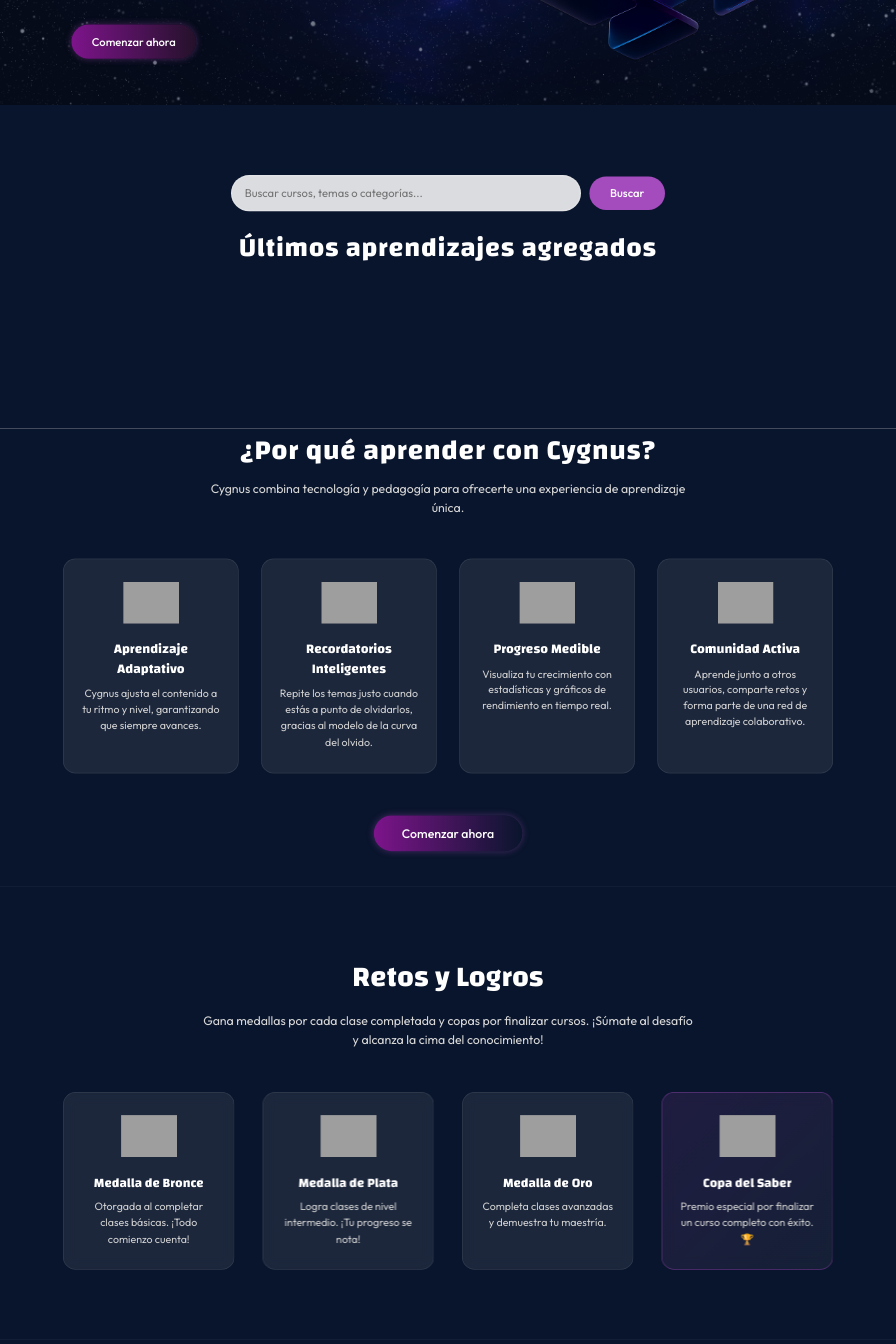
Repository: Anndrea1707/Cygnus
Page: / (app in frontend/)
These files come from the project's save history. The page is drawn as it stood at one moment and after a run of saves; the edit follows.
The browser window is 1280 px wide. The pictures show the part of the page from y = 570 to 2490 px (the page is 3306 px tall before and 3254 px after), at 70% of full size.
Pictures or frames that could not be fetched are drawn as grey boxes. The page's requests for data from a server got no answer. The project was rebuilt for these pictures with package versions that can differ from the ones it lists, and the page was loaded fresh each time. No one was signed in, and anything a server would have sent is missing. Also part of the build but not shown: frontend/vite.config.js, frontend/src/pages/Login.css, frontend/src/pages/Login.jsx, frontend/src/pages/Registro.css, frontend/src/pages/Registro.jsx, frontend/src/pages/SobreNosotros.jsx, frontend/src/pages/Ayuda.jsx, frontend/src/pages/Dashboard.css and 37 more.

Above is the page before, as saved 2025-11-25 10:39:03.

### frontend/src/pages/Home.jsx
import React, { useState, useEffect } from 'react';
import './Home.css';
import cube from '../imagenes/CuboPrincipal.png';
import logo from '../imagenes/logo.png';
import NavbarPrincipal from '../components/NavbarPrincipal';
import Footer from '../components/Footer';


export default function Home({ currentPage, onLoginClick, onNavigate }) {
  const [index, setIndex] = useState(0);
  const [testimonialIndex, setTestimonialIndex] = useState(0);
  const [showScroll, setShowScroll] = useState(false);

  const [cursos, setCursos] = useState([]);
  const [cursosFiltrados, setCursosFiltrados] = useState([]);

  const nextSlide = () => {
    setIndex((prev) => (prev + 1) % cursos.length);
  };

  const prevSlide = () => {
    setIndex((prev) => (prev - 1 + cursos.length) % cursos.length);
  };

  // Mostrar 3 cursos de forma circular
  const visibleCursos = [
    cursos[index],
    cursos[(index + 1) % cursos.length],
    cursos[(index + 2) % cursos.length],
  ];

  // === Lógica carrusel automático de testimonios ===
  const testimonios = [
    {
      nombre: "Laura González",
      texto:
        "Cygnus me ayudó a aprender a mi propio ritmo. Siento que por fin tengo una plataforma que se adapta a mí y no al revés.",
      foto: "https://images.pexels.com/photos/774909/pexels-photo-774909.jpeg?auto=compress&cs=tinysrgb&dpr=1&w=500",
    },
    {
      nombre: "Andrés Ramírez",
      texto:
        "Los cursos son dinámicos y los recordatorios me mantienen enfocado. He mejorado muchísimo en poco tiempo.",
      foto: "https://images.unsplash.com/photo-1564564321837-a57b7070ac4f?ixlib=rb-4.1.0&fm=jpg&q=60&w=3000",
    },
    {
      nombre: "Camila Torres",
      texto:
        "El sistema adaptativo de Cygnus es impresionante. Se nota que realmente entiende mis avances y me reta cuando es necesario.",
      foto: "https://i.pinimg.com/1200x/b0/4b/14/b04b142f608f52c511720a04999e92f0.jpg",
    },
  ];

  useEffect(() => {
    const interval = setInterval(() => {
      setTestimonialIndex((prev) => (prev + 1) % testimonios.length);
    }, 30000); // cambia cada 30 segundos
    return () => clearInterval(interval);
  }, [testimonios.length]);

  // === Mostrar u ocultar botón "volver arriba" ===
  useEffect(() => {
    const handleScroll = () => {
      setShowScroll(window.scrollY > 500);
    };
    window.addEventListener("scroll", handleScroll);
    return () => window.removeEventListener("scroll", handleScroll);
  }, []);

  useEffect(() => {
    const cargarCursos = async () => {
      try {
        const response = await fetch("http://localhost:4000/api/cursos/ultimos");
        const data = await response.json();

        if (data.ok) {
          setCursos(data.cursos);
          setCursosFiltrados(data.cursos);
        }
      } catch (error) {
        console.error("Error cargando cursos:", error);
      }
    };

    cargarCursos();
  }, []);


  return (
    <div>
      {/* ===== SECCIÓN HERO PRINCIPAL ===== */}
      <section className="home-container" id="inicio">
        <NavbarPrincipal
          currentPage={currentPage}
          onLoginClick={onLoginClick}
          onNavigate={onNavigate}
        />
        <div className="hero">
          <div className="hero-text">
            <h1>Aprendizaje adaptativo a tu medida.</h1>
            <p>
              Cygnus ajusta los contenidos según tu forma de aprender, potenciando tu autonomía y tus resultados.
            </p>
            <button className="btn-primaryHome">Comenzar ahora</button>
          </div>

          <div className="hero-image">
            <img src={cube} alt="Cubo Cygnus" />
          </div>
        </div>
      </section>

      {/* ===== SECCIÓN DE BUSCADOR ===== */}
      <section className="search-section">
        <div className="search-bar">
          <input
            type="text"
            placeholder="Buscar cursos, temas o categorías..."
            onChange={(e) => {
              const texto = e.target.value.toLowerCase();
              const filtrados = cursos.filter(curso =>
                curso.titulo.toLowerCase().includes(texto) ||
                curso.descripcion.toLowerCase().includes(texto)
              );
              setCursosFiltrados(filtrados);
            }}
          />
          <button>Buscar</button>
        </div>
        <br />
        <h2>Últimos aprendizajes agregados</h2>

        {/* ===== CARRUSEL ===== */}
        <div className="carousel-container">
          <div className="carousel">
            {cursosFiltrados.slice(0, 3).map((curso, i) => (
              <div key={i} className="course-card">
                <img src={curso.imagen} alt={curso.nombre} />
                <div className="course-info">
                  <h3>{curso.nombre}</h3>

                  {/* Nivel */}
                  <span className="course-level">{curso.nivel}</span>

                  {/* Descripción truncada */}
                  <p className="course-description">{curso.descripcion}</p>
                </div>
              </div>
            ))}
          </div>
        </div>
      </section>

      {/* ===== SECCIÓN DE VENTAJAS ===== */}
      <section className="features-section">
        <h2>¿Por qué aprender con Cygnus?</h2>
        <p className="features-subtitle">
          Cygnus combina tecnología y pedagogía para ofrecerte una experiencia de aprendizaje única.
        </p>

        <div className="features-grid">
          <div className="feature-card">
            <img src="https://cdn-icons-png.flaticon.com/128/2586/2586656.png" alt="Aprendizaje adaptativo" className="feature-icon" />
            <h3>Aprendizaje Adaptativo</h3>
            <p>Cygnus ajusta el contenido a tu ritmo y nivel, garantizando que siempre avances.</p>
          </div>

          <div className="feature-card">
            <img src="https://cdn-icons-png.flaticon.com/128/1792/1792929.png" alt="Recordatorios" className="feature-icon" />
            <h3>Recordatorios Inteligentes</h3>
            <p>Repite los temas justo cuando estás a punto de olvidarlos, gracias al modelo de la curva del olvido.</p>
          </div>

          <div className="feature-card">
            <img src="https://cdn-icons-png.flaticon.com/128/1067/1067357.png" alt="Progreso" className="feature-icon" />
            <h3>Progreso Medible</h3>
            <p>Visualiza tu crecimiento con estadísticas y gráficos de rendimiento en tiempo real.</p>
          </div>

          <div className="feature-card">
            <img src="https://cdn-icons-png.flaticon.com/128/3100/3100357.png" alt="Comunidad" className="feature-icon" />
            <h3>Comunidad Activa</h3>
            <p>Aprende junto a otros usuarios, comparte retos y forma parte de una red de aprendizaje colaborativo.</p>
          </div>
        </div>

        <div className="features-button">
          <button className="btn-start">Comenzar ahora</button>
        </div>
      </section>

      {/* ===== SECCIÓN DE RETOS Y LOGROS ===== */}
      <section className="achievements-section" id="retos">
        <div className="achievements-content">
          <div className="achievements-header">
            <i className="fas fa-rocket achievements-icon"></i>
            <h2>Retos y Logros</h2>
            <p>
              Gana medallas por cada clase completada y copas por finalizar cursos.
              ¡Súmate al desafío y alcanza la cima del conocimiento!
            </p>
          </div>

          <div className="achievements-grid">
            <div className="achievement-card">
              <img src="https://cdn-icons-png.flaticon.com/128/10393/10393612.png" alt="Medalla Bronce" />
              <h3>Medalla de Bronce</h3>
              <p>Otorgada al completar clases básicas. ¡Todo comienzo cuenta!</p>
            </div>

            <div className="achievement-card">
              <img src="https://cdn-icons-png.flaticon.com/128/10393/10393610.png" alt="Medalla Plata" />
              <h3>Medalla de Plata</h3>
              <p>Logra clases de nivel intermedio. ¡Tu progreso se nota!</p>
            </div>

            <div className="achievement-card">
              <img src="https://cdn-icons-png.flaticon.com/128/10393/10393609.png" alt="Medalla Oro" />
              <h3>Medalla de Oro</h3>
              <p>Completa clases avanzadas y demuestra tu maestría.</p>
            </div>

            <div className="achievement-card special">
              <img src="https://cdn-icons-png.flaticon.com/128/11173/11173370.png" alt="Copa del Saber" />
              <h3>Copa del Saber</h3>
              <p>Premio especial por finalizar un curso completo con éxito. 🏆</p>
            </div>
          </div>
        </div>
      </section>

      {/* ===== SECCIÓN DE TESTIMONIOS ===== */}
      <section className="testimonials-section">
        <h2>Lo que dicen nuestros usuarios</h2>
        <div className="testimonial-carousel">
          {testimonios.map((t, i) => (
            <div
              key={i}
              className={`testimonial ${i === testimonialIndex ? 'active' : 'hidden'}`}
            >
              <img src={t.foto} alt={t.nombre} className="testimonial-avatar" />
              <h3>{t.nombre}</h3>
              <p>“{t.texto}”</p>
            </div>
          ))}
        </div>
      </section>

      {/* ===== BOTÓN VOLVER ARRIBA ===== */}
      <button
        className={`scroll-top-btn ${showScroll ? 'visible' : ''}`}
        onClick={() => window.scrollTo({ top: 0, behavior: 'smooth' })}
      >
        <img
          src="https://cdn-icons-png.flaticon.com/128/7709/7709175.png"
          alt="Volver arriba"
          className="scroll-icon"
        />
      </button>


      {/* ===== FOOTER / FRONTING ===== */}
      <Footer />
    </div>
  );
}

### frontend/src/components/Footer.jsx
// src/components/Footer.jsx
import React from 'react';
import './Footer.css';

export default function Footer() {
  return (
    <footer className="footer">
      <div className="footer-content">
        <p>Desarrollado por <strong>Melissa Hernández & Ángel Hernández</strong></p>
        <p>Unidades Tecnológicas de Santander - UTS</p>
        <p>Bucaramanga, Santander</p>
      </div>
      <div className="footer-line"></div>
      <p className="footer-rights">© 2025 Cygnus. Todos los derechos reservados.</p>
    </footer>
  );
}

### frontend/src/pages/SobreNosotros.css
/* 🎨 PALETA DE COLORES */
:root {
    --color-lavandaClaro: #d163f2;
    /* Lavanda claro */
    --color-primary: #a44bbe;
    /* Lavanda */
    --color-primary-dark: #7d148b;
    /* Lavanda oscuro */
    --color-dark: #09152c;
    /* Azul oscuro */
    --color-dark-overlay: rgba(9, 21, 44, 0.566);
    --color-dark-transparent: rgba(9, 21, 44, 0.808);
    --color-light: #ffffff;
    /* Blanco puro */
    --color-light-transparent: rgba(255, 255, 255, 0.85);
    --color-light-text: #d8d8d8;
    --color-muted: #ddd;
    --color-glass: rgba(255, 255, 255, 0.08);
    --color-border-glass: rgba(255, 255, 255, 0.1);
    --color-hover-shadow: rgba(164, 75, 190, 0.5);
    --color-subtext: #cfcfcf;
}

.about-section {
    background-color: var(--color-dark);
    color: var(--color-light);
    text-align: center;
    padding: 100px 20px;
    font-family: 'Outfit', sans-serif;
    position: relative;
    overflow: visible; /* ✅ para que los destellos se vean */
}

.about-section h2 {
    font-family: 'Changa', sans-serif;
    font-size: 2rem;
    margin-bottom: 10px;
}

.about-intro {
    color: var(--color-subtext);
    font-size: 1.1rem;
    margin-bottom: 60px;
    padding: 0 50px;
}

.about-content {
    display: flex;
    justify-content: center;
    align-items: center;
}

/* ⚙️ CONTENEDOR ANIMADO */
.about-animation-container {
    position: relative;
    display: flex;
    justify-content: center;
    align-items: center;
    width: 100%;
    height: 550px;
    overflow: visible;
    transition: all 1.5s ease;
}

/* 📸 IMAGEN CENTRAL */
.about-moving-image {
    width: 420px;
    height: 520px;
    border-radius: 25px;
    object-fit: cover;
    box-shadow: 0 0 25px rgba(164, 75, 190, 0.3);
    transition: transform 2s ease;
    z-index: 2;
}

/* 🟣 CUADRO DE TEXTO */
.about-text-box {
    position: absolute;
    right: -100%;
    width: 45%;
    max-width: 520px;
    background: rgba(125, 20, 139, 0.6);
    color: var(--color-light);
    padding: 40px;
    border-radius: 25px;
    font-family: 'Outfit', sans-serif;
    font-size: 1rem;
    line-height: 1.6;
    box-shadow: 0 0 20px rgba(164, 75, 190, 0.3);
    transition: right 2s ease, opacity 1.5s ease;
    opacity: 0;
    z-index: 1;
}

/* 🖱️ Animación hover */
.about-animation-container:hover .about-moving-image {
    transform: translateX(-180px);
}

.about-animation-container:hover .about-text-box {
    right: 10%;
    opacity: 1;
}

/* 💡 AJUSTES RESPONSIVE para evitar solapamiento */
@media (max-width: 1400px) {
    .about-animation-container {
        height: 600px; /* más alto para que quepan mejor */
    }

    .about-text-box {
        width: 50%;
        right: -120%;
    }

    .about-animation-container:hover .about-moving-image {
        transform: translateX(-195px);
    }

    .about-animation-container:hover .about-text-box {
        right: 5%;
    }
}

@media (max-width: 1100px) {
    .about-animation-container {
        flex-direction: column;
        height: auto;
    }

    .about-moving-image {
        width: 340px;
        height: auto;
        transform: none !important;
    }

    .about-text-box {
        position: relative;
        right: auto;
        width: 80%;
        opacity: 1;
        margin-top: 30px;
        transition: none;
    }
}

/* 🚫 Evitar desplazamiento horizontal */
html,
body {
    overflow-x: hidden;
    width: 100%;
}

/* 🔧 Ajuste para que el contenedor ocupe toda la pantalla */
.about-section {
    width: 100vw;
    box-sizing: border-box;
}

/* ✨ DESTELLOS MÁGICOS */
.sparkle {
    position: absolute;
    width: 40px;
    height: 40px;
    opacity: 0.9;
    pointer-events: none;
    /* No bloquean clics */
    animation: twinkle-sparkle 3s infinite ease-in-out alternate;
    filter: drop-shadow(0 0 8px var(--color-lavandaClaro));
    z-index: 3;
    /* ✅ Asegura que estén por encima del fondo */
}

/* ✨ Posiciones visibles */
.sparkle1 {
    top: 12%;
    left: 8%;
    animation-delay: 0s;
}

.sparkle2 {
    top: 25%;
    right: 15%;
    animation-delay: 1s;
}

.sparkle3 {
    bottom: 20%;
    left: 25%;
    animation-delay: 0.5s;
}

.sparkle4 {
    bottom: 10%;
    right: 20%;
    animation-delay: 2s;
}

.sparkle5 {
    top: 55%;
    left: 75%;
    animation-delay: 1.5s;
}

/* 🌟 Efecto de brillo y movimiento */
@keyframes twinkle-sparkle {
    0% {
        transform: scale(1) rotate(0deg);
        opacity: 0.5;
        filter: drop-shadow(0 0 4px var(--color-primary));
    }

    50% {
        transform: scale(1.3) rotate(15deg);
        opacity: 1;
        filter: drop-shadow(0 0 16px var(--color-lavandaClaro));
    }

    100% {
        transform: scale(1) rotate(-15deg);
        opacity: 0.8;
        filter: drop-shadow(0 0 6px var(--color-primary-dark));
    }
}

### frontend/src/pages/Ayuda.css
.ayuda-page {
  background-color: var(--color-dark);
  color: var(--color-light);
  font-family: 'Outfit', sans-serif;
  min-height: 100vh;
  text-align: center;
}

/* --- Preguntas Frecuentes --- */
.faq-section {
  padding: 80px 20px 60px;
  background: linear-gradient(180deg, var(--color-dark) 0%, #0e1b3a 100%);
}

.faq-section h2 {
  font-family: 'Changa', sans-serif;
  color: var(--color-light);
  margin-bottom: 50px;
  font-size: 2rem;
}

.faq-grid {
  display: grid;
  grid-template-columns: repeat(auto-fit, minmax(400px, 1fr));
  gap: 25px;
  max-width: 1000px;
  margin: 0 auto;
}

.faq-item {
  background: var(--color-dark-transparent);
  border-radius: 15px;
  box-shadow: 0 0 10px rgba(164, 75, 190, 0.25);
  overflow: hidden;
  cursor: pointer;
  transition: all 0.3s ease;
  border: 1px solid transparent;
}

.faq-item:hover {
  transform: translateY(-3px);
  border-color: var(--color-lavandaClaro);
  box-shadow: 0 0 15px rgba(164, 75, 190, 0.45);
}

.faq-question {
  display: flex;
  justify-content: space-between;
  align-items: center;
  padding: 18px 24px;
}

.faq-question h3 {
  color: var(--color-primary);
  font-size: 1.05rem;
  text-align: left;
}

.icon {
  transition: transform 0.3s ease;
  color: var(--color-lavandaClaro);
}

.icon.rotate {
  transform: rotate(180deg);
}

.faq-answer {
  overflow: hidden;
  transition: max-height 0.4s ease;
  text-align: left;
  padding: 0 24px;
}

.faq-answer p {
  margin: 15px 0 20px;
  line-height: 1.6;
  color: var(--color-light);
  opacity: 0.9;
}

/* --- FORMULARIO PQRS --- */
.pqrs-section {
  background: var(--color-darl-overlay);
  padding: 80px 20px 120px;
  display: flex;
  flex-direction: column;
  align-items: center;
}

.pqrs-section h2 {
  color: var(--color-light);
  font-family: 'Changa', sans-serif;
  margin-bottom: 35px;
}

.pqrs-form {
  background: rgba(10, 10, 40, 0.6);
  border: 1px solid rgba(164, 75, 190, 0.3);
  box-shadow: 0 0 25px rgba(164, 75, 190, 0.2);
  border-radius: 20px;
  padding: 40px 80px;
  width: 100%;
  max-width: 600px;
  display: flex;
  flex-direction: column;
  gap: 20px;
}

.pqrs-form label {
  color: var(--color-light-text);
  font-weight: 600;
  text-align: left;
  margin-bottom: 6px;
}

.pqrs-form input,
.pqrs-form select,
.pqrs-form textarea {
  width: 100%;
  padding: 14px 18px;
  border-radius: 12px;
  border: 1px solid rgba(164, 75, 190, 0.4);
  background: rgba(255, 255, 255, 0.05);
  color: var(--color-light);
  font-size: 1rem;
  outline: none;
  transition: all 0.3s ease;
}

.pqrs-form input:focus,
.pqrs-form select:focus,
.pqrs-form textarea:focus {
  border-color: var(--color-lavandaClaro);
  box-shadow: 0 0 12px rgba(163, 75, 190, 0.385);
}

/* Estilo del menú desplegable */
.pqrs-form select option {
  background-color: #0f1c3d;
  color: var(--color-light);
}

/* --- BOTÓN --- */
.btn-enviar {
  margin-top: 10px;
  padding: 14px;
  border: none;
  border-radius: 12px;
  background: linear-gradient(90deg, #a44bbe, #d17cff);
  color: var(--color-light);
  font-size: 1.1rem;
  font-weight: bold;
  cursor: pointer;
  transition: all 0.3s ease;
  box-shadow: 0 0 12px rgba(164, 75, 190, 0.4);
}

.btn-enviar:hover:not(:disabled) {
  transform: translateY(-3px);
  box-shadow: 0 0 20px rgba(209, 124, 255, 0.6);
}

.btn-enviar:disabled {
  background: rgba(164, 75, 190, 0.2);
  color: rgba(255, 255, 255, 0.5);
  cursor: not-allowed;
  box-shadow: none;
}

/* --- ESPACIADO CON EL FOOTER --- */
footer {
  margin-top: 60px;
}

/* --- Mensaje de estado del formulario --- */
.form-status {
  margin-top: 18px;
  padding: 12px 16px;
  border-radius: 10px;
  font-weight: 500;
  font-size: 1rem;
  text-align: center;
  animation: fadeIn 0.4s ease-in-out;
}

.form-status.success {
  background: rgba(164, 75, 190, 0.15);
  border: 1px solid var(--color-lavandaClaro);
  color: var(--color-lavandaClaro);
  box-shadow: 0 0 12px rgba(164, 75, 190, 0.4);
}

.form-status.error {
  background: rgba(255, 80, 80, 0.15);
  border: 1px solid #ff7070;
  color: #ff9b9b;
  box-shadow: 0 0 10px rgba(255, 80, 80, 0.3);
}

@keyframes fadeIn {
  from {
    opacity: 0;
    transform: translateY(5px);
  }
  to {
    opacity: 1;
    transform: translateY(0);
  }
}

/* --- Ajustes Generales --- */
html,
body {
  overflow-x: hidden;
  width: 100%;
}

@media (max-width: 768px) {
  .faq-grid {
    grid-template-columns: 1fr;
  }
  .faq-item h3 {
    font-size: 1rem;
  }
}

/* 🔧 Ajuste para que el contenedor ocupe toda la pantalla */
.faq-section {
    width: 100vw;
    box-sizing: border-box;
}

### frontend/src/components/Footer.css
/* src/components/Footer.css */

.footer {
  background-color: var(--color-dark);
  text-align: center;
  color: var(--color-light);
  padding: 40px 20px;
  font-family: 'Outfit', sans-serif;
  border-top: 2px solid var(--color-primary);
}

.footer-content {
  margin-bottom: 15px;
}

.footer-title {
  font-family: 'Changa', sans-serif;
  font-size: 1.2rem;
  margin-bottom: 10px;
}

.footer-line {
  width: 80%;
  height: 1px;
  background-color: var(--color-border-glass);
  margin: 10px auto;
}

.footer-rights {
  font-size: 0.9rem;
  color: var(--color-subtext);
}

Loaded but not shown: frontend/index.html (common file); frontend/src/main.jsx (common file); frontend/src/index.css (common file); frontend/src/pages/CursoVista.css (1213 lines, source omitted); frontend/src/pages/Evaluacion.css (777 lines, source omitted); frontend/src/pages/Home.css (831 lines, source omitted); frontend/src/App.jsx (504 lines, source omitted); frontend/src/pages/CursoContenido.css (682 lines, source omitted); frontend/src/pages/PruebaConocimiento.css (658 lines, source omitted); frontend/src/pages/CrearCursosAdmin.css (661 lines, source omitted); frontend/src/pages/GestionarPruebas.css (693 lines, source omitted); frontend/src/pages/CursosUsuario.css (504 lines, source omitted); frontend/src/pages/CursosPrincipal.css (483 lines, source omitted); frontend/src/components/NavbarPrincipal.jsx (253 lines, source omitted); frontend/src/components/NavbarPrincipal.css (298 lines, source omitted); frontend/src/pages/Perfil.css (no copy from this time; the picture is the same without it)

After the next 2 saves:
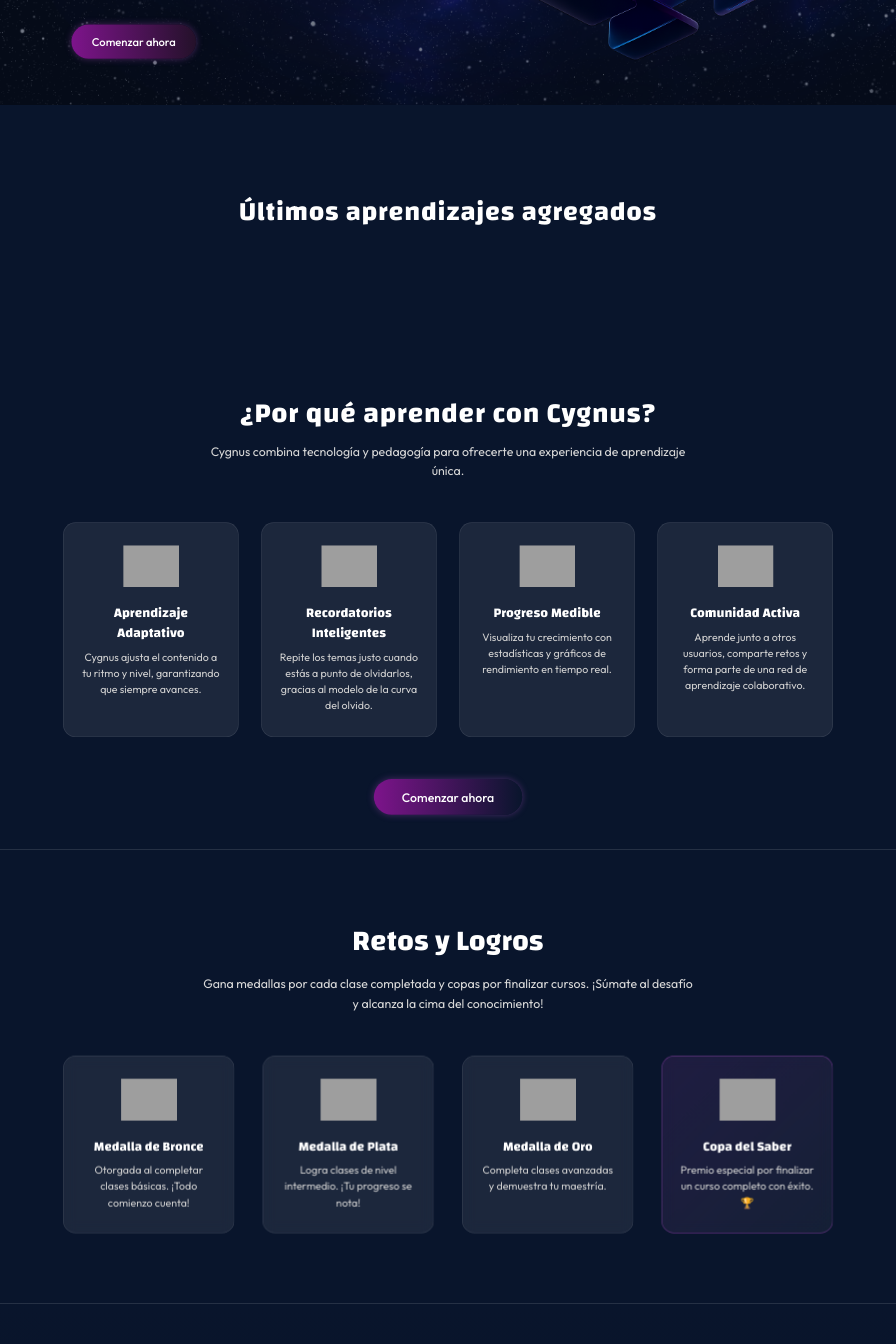
The 2 saves are shown as one change because they came seconds apart.
The last was saved 91 s later.
--- a/frontend/src/pages/Home.jsx
+++ b/frontend/src/pages/Home.jsx
@@ -112,21 +112,6 @@ export default function Home({ currentPage, onLoginClick, onNavigate }) {
 
       {/* ===== SECCIÓN DE BUSCADOR ===== */}
       <section className="search-section">
-        <div className="search-bar">
-          <input
-            type="text"
-            placeholder="Buscar cursos, temas o categorías..."
-            onChange={(e) => {
-              const texto = e.target.value.toLowerCase();
-              const filtrados = cursos.filter(curso =>
-                curso.titulo.toLowerCase().includes(texto) ||
-                curso.descripcion.toLowerCase().includes(texto)
-              );
-              setCursosFiltrados(filtrados);
-            }}
-          />
-          <button>Buscar</button>
-        </div>
         <br />
         <h2>Últimos aprendizajes agregados</h2>
 
